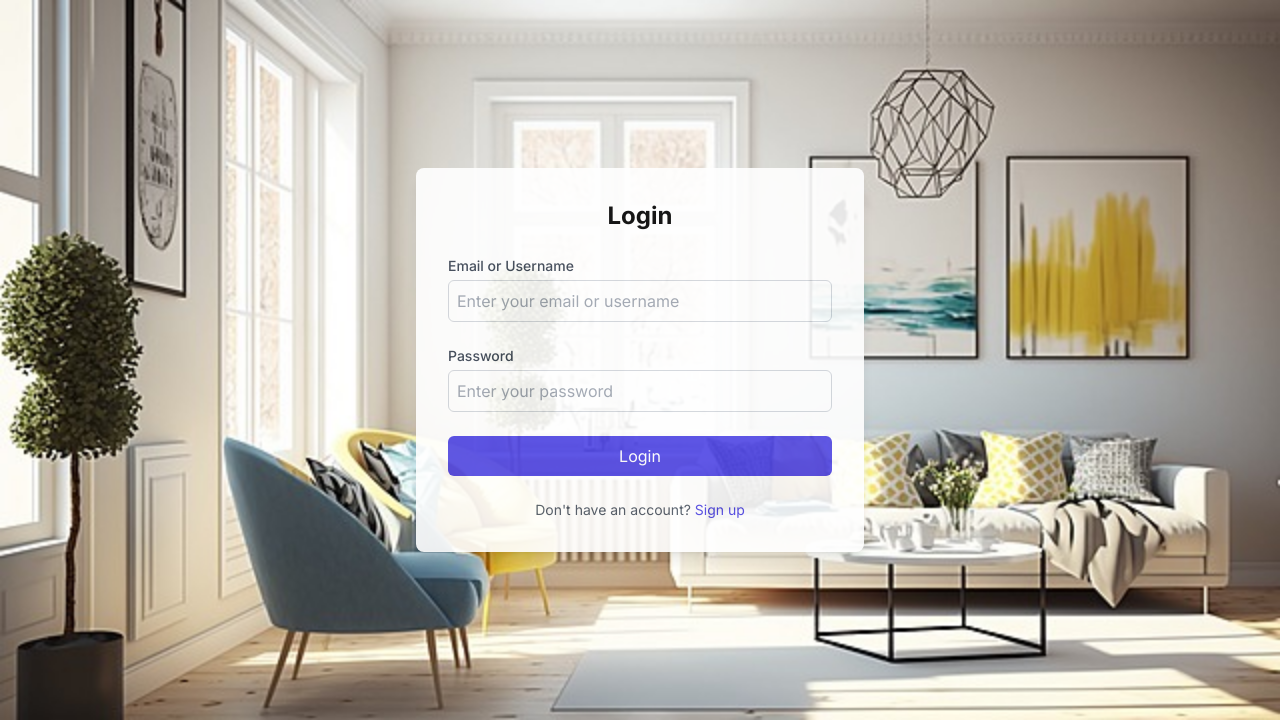
Repository: NassimeElkamari/Horizon-Housing
Page: /login
An editor plug-in stored every save of this project. The page is shown before and after the next save, followed by the edit.
The browser window is 1280 px wide. The pictures show the whole page.
The project was rebuilt for these pictures with package versions that can differ from the ones it lists, and the page was loaded fresh each time. The framework's server and built-in components were replaced by stand-ins that run in the browser. Also part of the build but not shown: next.config.mjs.

Above is the page before, as saved 2024-08-28 21:45:17.

### src/app/login/page.tsx
'use client';

import { useState } from 'react';
import { useRouter } from 'next/navigation';

const LoginPage = () => {
  const [identifier, setIdentifier] = useState(''); // can be email or username
  const [password, setPassword] = useState('');
  const [error, setError] = useState('');
  const router = useRouter();

  const handleSubmit = async (e: React.FormEvent) => {
    e.preventDefault();
    setError('');

    const response = await fetch('/api/auth/login', {
      method: 'POST',
      headers: {
        'Content-Type': 'application/json',
      },
      body: JSON.stringify({ identifier, password }),
    });

    const data = await response.json();

    if (response.ok) {
      localStorage.setItem('token', data.token);
      router.push('/dashboard');
    } else {
      setError(data.message || 'Login failed');
    }
  };

  return (
    <div className="min-h-screen bg-gray-100 flex items-center justify-center bg-cover"  style={{ backgroundImage: "url('/bg2.jpg')" }}>
      <div className="bg-white p-8 rounded-lg shadow-lg w-full max-w-md opacity-90 bg-opa">
        <h2 className="text-2xl font-bold mb-6 text-center">Login</h2>
        {error && <p className="text-red-500 text-center mb-4">{error}</p>}
        <form onSubmit={handleSubmit} className="space-y-6">
          <div>
            <label htmlFor="identifier" className="block text-sm font-medium text-gray-700">
              Email or Username
            </label>
            <input
              id="identifier"
              type="text"
              value={identifier}
              onChange={(e) => setIdentifier(e.target.value)}
              className="mt-1 w-full p-2 border border-gray-300 text-black rounded-md focus:ring-indigo-500 focus:border-indigo-500"
              placeholder="Enter your email or username"
              required
            />
          </div>
          <div>
            <label htmlFor="password" className="block text-sm font-medium text-gray-700">
              Password
            </label>
            <input
              id="password"
              type="password"
              value={password}
              onChange={(e) => setPassword(e.target.value)}
              className="mt-1 w-full p-2 border text-black border-gray-300 rounded-md focus:ring-indigo-500 focus:border-indigo-500"
              placeholder="Enter your password"
              required
            />
          </div>
          <button
            type="submit"
            className="w-full bg-indigo-600 text-white py-2 px-4 rounded-md hover:bg-indigo-700 focus:outline-none focus:ring-2 focus:ring-indigo-500 focus:ring-offset-2"
          >
            Login
          </button>
        </form>
        <p className="mt-6 text-center text-sm text-gray-600">
          Don't have an account?{' '}
          <a href="/register" className="text-indigo-600 hover:text-indigo-500">
            Sign up
          </a>
        </p>
      </div>
    </div>
  );
};

export default LoginPage;

Loaded but not shown: src/app/layout.tsx (common file); src/app/globals.css (common file); tailwind.config.ts (common file)

After the next save:
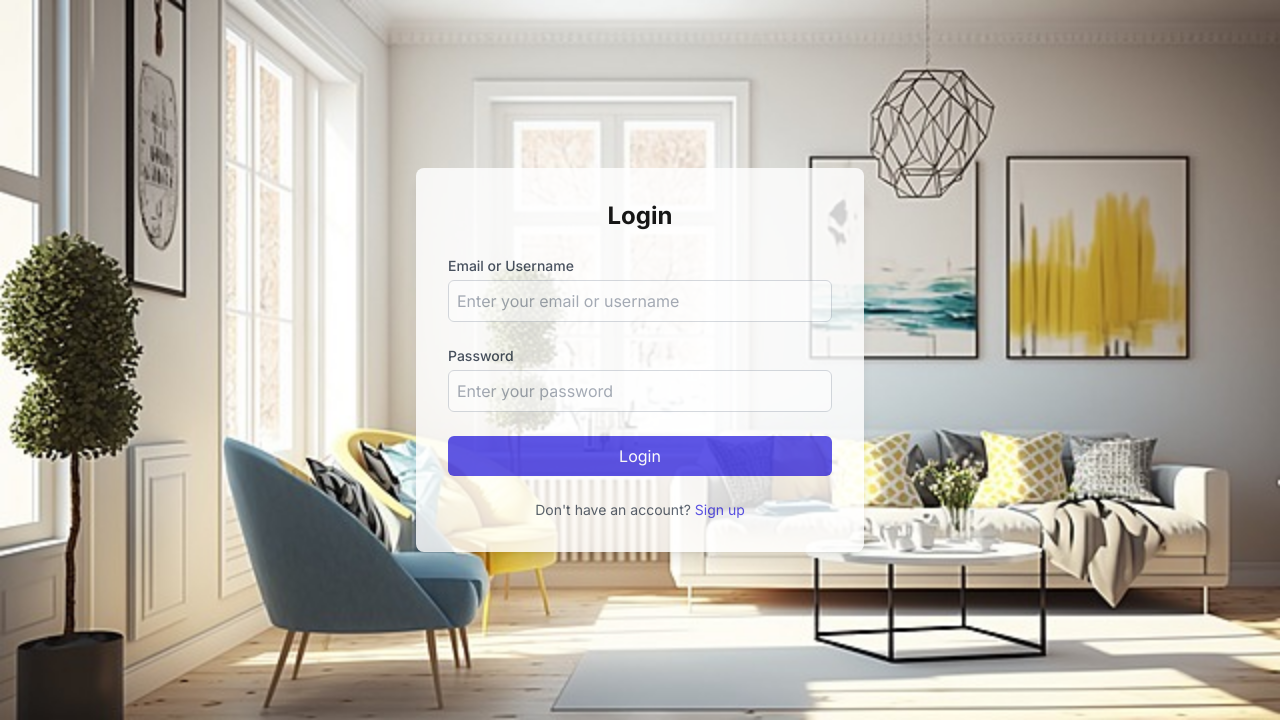
Saved 4 s later.
--- a/src/app/login/page.tsx
+++ b/src/app/login/page.tsx
@@ -33,7 +33,7 @@ const LoginPage = () => {
 
   return (
     <div className="min-h-screen bg-gray-100 flex items-center justify-center bg-cover"  style={{ backgroundImage: "url('/bg2.jpg')" }}>
-      <div className="bg-white p-8 rounded-lg shadow-lg w-full max-w-md opacity-90 bg-opa">
+      <div className="bg-white p-8 rounded-lg shadow-lg w-full max-w-md opacity-90 bg-opacity-90">
         <h2 className="text-2xl font-bold mb-6 text-center">Login</h2>
         {error && <p className="text-red-500 text-center mb-4">{error}</p>}
         <form onSubmit={handleSubmit} className="space-y-6">
